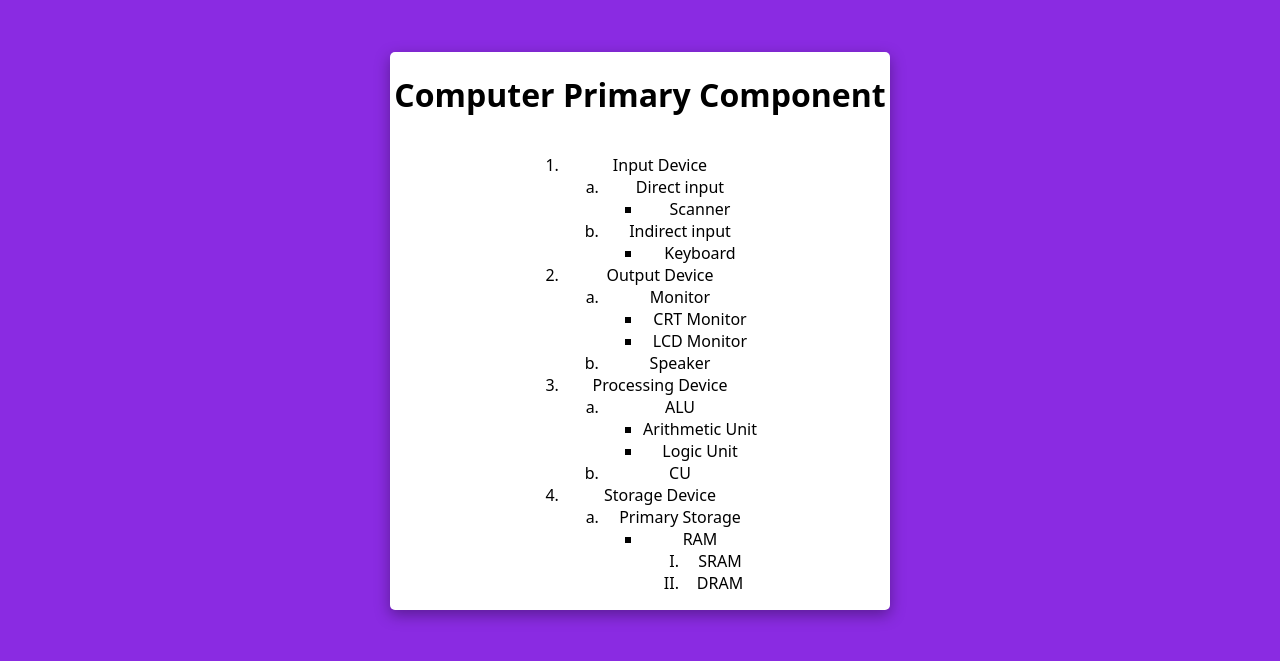
Repository: SharonSebastian32/Nested_List_in_html
Page: index.html
An editor plug-in stored every save of this project. The page is shown before and after a run of saves, followed by the edit.
The browser window is 1280 px wide. The pictures show the whole page.

Above is the page before, as saved 2024-09-01 08:00:28.

### index.html
<!DOCTYPE html>
<html lang="en">
  <head>
    <meta charset="UTF-8" />
    <meta name="viewport" content="width=device-width, initial-scale=1.0" />
    <title>Document</title>
    <link rel="stylesheet" href="./Styles/Styles.css" />
  </head>
  <body style="background-color: blueviolet">
    <center>
      <br />
      <br />
      <div
        style="
          border-radius: 5px;
          display: flex;
           align-items: center;
          flex-direction: column;
          background-color: rgb(255, 255, 255);
          width: 500px;
          box-shadow: rgba(0, 0, 0, 0.35) 0px 5px 15px;
        "
      >
        <h1>Computer Primary Component</h1>
        <ol>
          <li>Input Device</li>
          <ol type="a">
            <li>Direct input</li>
            <ul style="list-style-type: square">
              <li>Scanner</li>
            </ul>
            <li>Indirect input</li>
            <ul>
              <li>Keyboard</li>
            </ul>
          </ol>
          <li>Output Device</li>
          <ol type="a">
            <li>Monitor</li>
            <ul>
              <li>CRT Monitor</li>
              <li>LCD Monitor</li>
            </ul>
            <li>Speaker</li>
          </ol>
          <li>Processing Device</li>
          <ol type="a">
            <li>ALU</li>
            <ul>
              <li>Arithmetic Unit</li>
              <li>Logic Unit</li>
            </ul>
            <ul></ul>
            <li>CU</li>
          </ol>
          <li>Storage Device</li>
          <ol type="a">
            <li>Primary Storage</li>
            <ul>
              <li>RAM</li>
              <ol type="I">
                <li>SRAM</li>
                <li>DRAM</li>
              </ol>
            </ul>
          </ol>
        </ol>
      </div>
    </center>
  </body>
</html>

### Styles/Styles.css
*{
    font-family: system-ui, -apple-system, BlinkMacSystemFont, 'Segoe UI', Roboto, Oxygen, Ubuntu, Cantarell, 'Open Sans', 'Helvetica Neue', sans-serif;

}

After the next 2 saves:
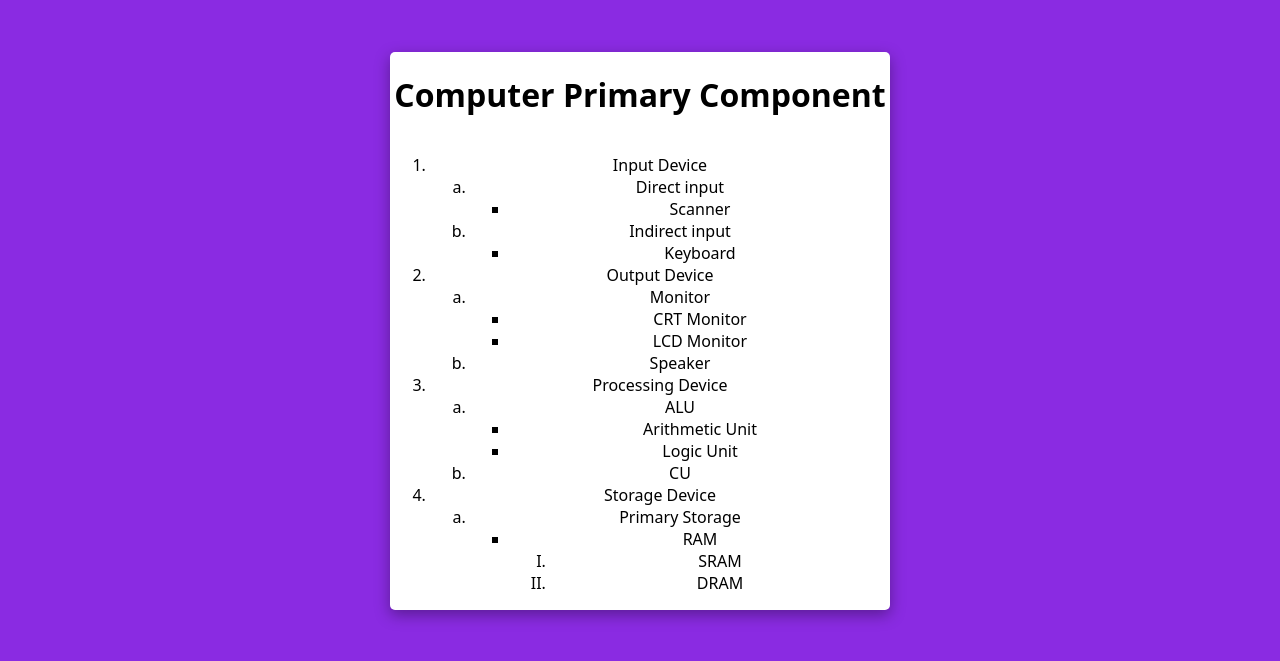
The 2 saves are shown as one change because they came seconds apart.
The last was saved 9 s later.
--- a/index.html
+++ b/index.html
@@ -14,8 +14,7 @@
         style="
           border-radius: 5px;
           display: flex;
-           align-items: center;
-          flex-direction: column;
+           flex-direction: column;
           background-color: rgb(255, 255, 255);
           width: 500px;
           box-shadow: rgba(0, 0, 0, 0.35) 0px 5px 15px;
